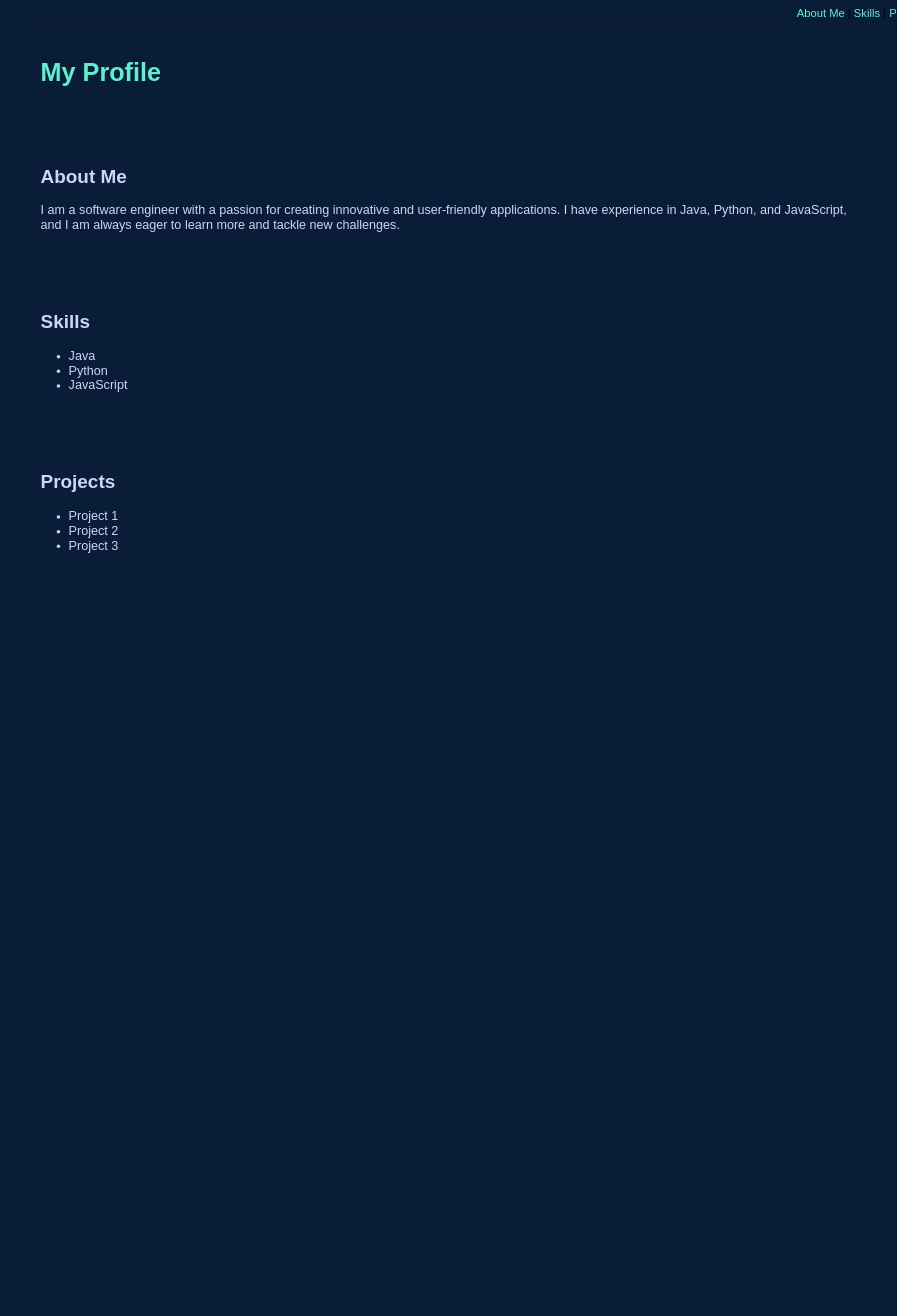
Repository: aoineco/portfolio
Page: index.html
An editor plug-in stored every save of this project. The page is shown before and after the next save, followed by the edit.
The browser window is 1280 px wide. The page is 1280 px wide, then 1282 px, so the pictures cover 1282 px, including what lies to the right of the window. The pictures show the part of the page from y = 0 to 1880 px (the page is 15680 px tall before and 15720 px after), at 70% of full size.

Above is the page before, as saved 2023-02-10 12:00:42.
Console error: TypeError: Cannot set properties of undefined (setting 'backgroundColor')

### index.html
<!DOCTYPE html>
<html>

<head>
    <meta charset="UTF-8">
    <title>Kiyomi Masaya</title>
    <link rel="stylesheet" type="text/css" href="style.css">
</head>

<body>
    <header>
        <nav>
            <a href="#about-me">About Me</a> |
            <a href="#skills">Skills</a> |
            <a href="#projects">Projects</a>
        </nav>
    </header>
    <main>
        <h1>My Profile</h1>
        <section id="about-me">
            <h2>About Me</h2>
            <p>I am a software engineer with a passion for creating innovative and user-friendly applications. I have
                experience in Java, Python, and JavaScript, and I am always eager to learn more and tackle new challenges.
            </p>
        </section>
        <section id="skills">
            <h2>Skills</h2>
            <ul>
                <li>Java</li>
                <li>Python</li>
                <li>JavaScript</li>
            </ul>
        </section>
        <section id="projects">
            <h2>Projects</h2>
            <ul>
                <li>Project 1</li>
                <li>Project 2</li>
                <li>Project 3</li>
            </ul>
        </section>
        <br><br><br><br><br><br><br><br><br><br><br><br><br><br><br><br><br><br><br><br><br><br><br><br><br><br><br><br><br><br><br><br><br><br><br><br><br><br><br><br><br><br><br><br><br><br><br><br><br><br><br><br><br><br><br><br><br><br><br><br><br><br><br><br><br><br><br><br><br><br><br><br><br><br><br><br><br><br><br><br><br><br><br><br><br><br><br><br><br><br><br><br><br><br><br><br><br><br><br><br><br><br><br><br><br><br><br><br><br><br><br><br><br><br><br><br><br><br><br><br><br><br><br><br><br><br><br><br><br><br><br><br><br><br><br><br><br><br><br><br><br><br><br><br><br><br><br><br><br><br><br><br><br><br><br><br><br><br><br><br><br><br><br><br><br><br><br><br><br><br><br><br><br><br><br><br><br><br><br><br><br><br><br><br><br><br><br><br><br><br><br><br><br><br><br><br><br><br><br><br><br><br><br><br><br><br><br><br><br><br><br><br><br><br><br><br><br><br><br><br><br><br><br><br><br><br><br><br><br><br><br><br><br><br><br><br><br><br><br><br><br><br><br><br><br><br><br><br><br><br><br><br><br><br><br><br><br><br><br><br><br><br><br><br><br><br><br><br><br><br><br><br><br><br><br><br><br><br><br><br><br><br><br><br><br><br><br><br><br><br><br><br><br><br><br><br><br><br><br><br><br><br><br><br><br><br><br><br><br><br><br><br><br><br><br><br><br><br><br><br><br><br><br><br><br><br><br><br><br><br><br><br><br><br><br><br><br><br><br><br><br><br><br><br><br><br><br><br><br><br><br><br><br><br><br><br><br><br><br><br><br><br><br><br><br><br><br><br><br><br><br><br><br><br><br><br><br><br><br><br><br><br><br><br><br><br><br><br><br><br><br><br><br><br><br><br><br><br><br><br><br><br><br><br><br><br><br><br><br><br><br><br><br><br><br><br><br><br><br><br><br><br><br><br><br><br><br><br><br><br><br><br><br><br><br><br><br><br><br><br><br><br><br><br><br><br><br><br><br><br><br><br><br><br><br><br><br><br><br><br><br><br><br><br><br><br><br><br><br><br><br><br><br><br><br><br><br><br><br><br><br><br><br><br><br><br><br><br><br><br><br><br><br><br><br><br><br><br><br><br><br><br><br><br><br><br><br><br><br><br><br><br><br><br><br><br><br><br><br><br><br><br><br><br><br><br><br><br><br><br><br><br><br><br><br><br><br><br><br><br><br><br><br><br><br><br><br><br><br><br><br><br><br><br><br><br><br><br><br><br><br><br><br><br><br><br><br><br><br><br><br><br><br><br><br><br><br><br><br><br><br><br><br><br><br><br><br><br><br><br><br><br><br><br><br><br><br><br><br><br><br><br><br><br><br><br><br><br><br><br><br><br><br><br><br><br><br><br><br><br><br><br><br><br><br><br><br><br><br><br><br><br><br><br><br><br><br><br><br><br><br><br><br><br><br><br><br><br><br><br><br><br><br><br><br><br><br><br><br><br><br><br><br><br><br><br><br><br><br><br><br><br><br><br><br><br><br><br><br><br><br><br><br><br><br><br><br><br><br><br><br><br><br><br><br><br><br><br><br><br><br><br><br><br><br><br><br><br><br><br><br><br><br><br><br><br><br><br><br><br><br><br><br><br><br><br><br><br><br><br><br><br><br><br><br><br><br><br><br><br><br><br><br><br><br><br><br><br><br><br><br><br><br><br><br><br><br><br><br><br><br><br><br><br><br><br><br><br><br><br><br><br><br><br><br><br><br><br><br><br><br><br><br><br><br><br><br><br><br><br><br><br><br><br><br><br><br><br><br><br><br><br><br><br><br><br><br><br><br><br><br><br><br><br><br><br><br><br><br>
        <p>aa</p>
    </main>
    <script src="/Users/kiyomimasaya/portfolio/script.js"></script>
</body>

</html>

### style.css
body {
    font-family: Arial, sans-serif;
    padding: 30px;
    background-color: #0a1d38;
}
header nav {
    float: right;
}

header {
    width: 100%;
}

h1 {
    font-size: 36px;
    margin-bottom: 20px;
    color: #5ff0d0;

}

section {
    padding-top: 50px;
    font-size: 18px;
    margin-bottom: 20px;
    color: #ccd6f6;
}

nav a {
    color: #5ff0d0;
    text-decoration: none;
}

main {
    padding: 20px;
}

section {
    margin: 40px 0;
}

### script.js

window.onscroll = function () {
    var header = document.querySelector("header");
    if (window.pageYOffset > 50) {
        header.style.backgroundColor = "#0a1d38";
        header.style.boxShadow = "0 2px 4px rgba(0, 0, 0, 0.1)";
        header.style.padding = "10px";
        header.style.width = "100%";
        header.style.position = "fixed";
        header.style.top = "0";
    } else {
        header=0;
        header.style.backgroundColor = "transparent";
        header.style.boxShadow = "none";
        header.style.padding = "20px";
        header.style.position = "relative";
    }
};

After the next save:
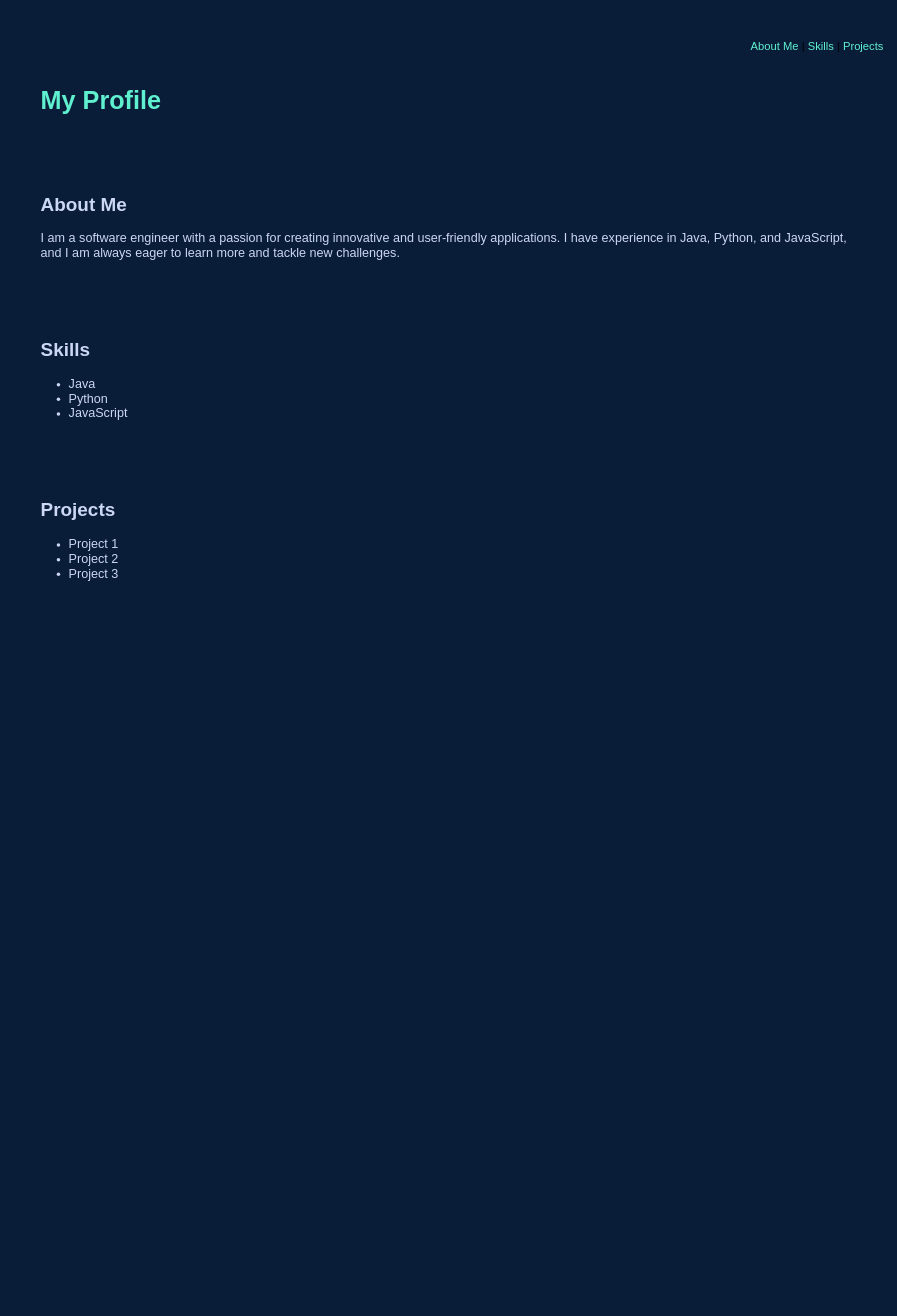
The error is gone.
Saved 13 s later.
--- a/script.js
+++ b/script.js
@@ -9,7 +9,6 @@ window.onscroll = function () {
         header.style.position = "fixed";
         header.style.top = "0";
     } else {
-        header=0;
         header.style.backgroundColor = "transparent";
         header.style.boxShadow = "none";
         header.style.padding = "20px";
